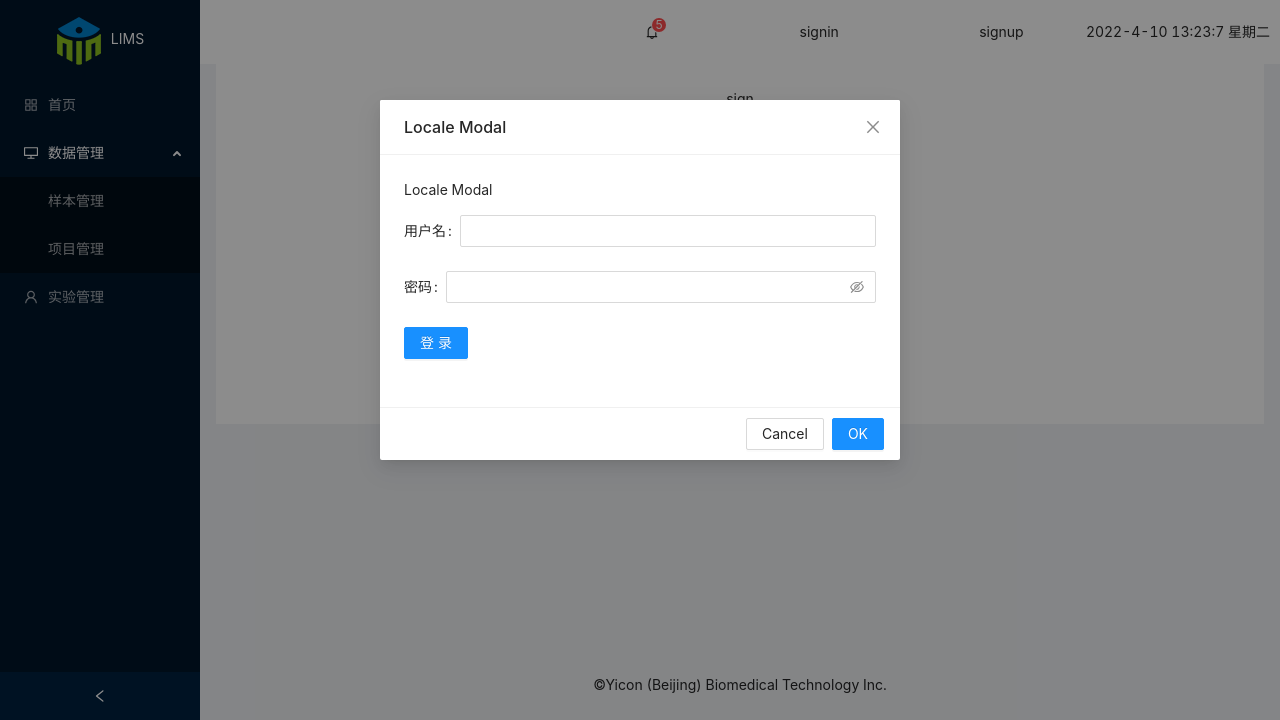
Repository: cornerdream/lims
Page: /signin
These files come from the project's save history. The page is drawn as it stood at one moment and after the next save; the edit follows.
The browser window is 1280 px wide. The pictures show the whole page.
The project was rebuilt for these pictures with package versions that can differ from the ones it lists, and the page was loaded fresh each time. Also part of the build but not shown: src/components/core/home.js, src/components/core/moreOrder.js, src/components/core/moreSample.js, src/components/core/moreReport.js, src/components/core/moreProject.js, src/components/core/moreResources.js, src/components/views/data.js, src/components/core/table.js and 3 more.

Above is the page before, as saved 2022-06-02 13:31:12.

### public/index.html
<!DOCTYPE html>
<html lang="en">
  <head>
    <meta charset="utf-8" />
    <link rel="icon" href="%PUBLIC_URL%/favicon.ico" />
    <meta name="viewport" content="width=device-width, initial-scale=1" />
    <meta name="theme-color" content="#000000" />
    <meta
      name="description"
      content="Web site created using create-react-app"
    />
    <link rel="apple-touch-icon" href="%PUBLIC_URL%/logo192.png" />
    <!--
      manifest.json provides metadata used when your web app is installed on a
      user's mobile device or desktop. See https://developers.google.com/web/fundamentals/web-app-manifest/
    -->
    <link rel="manifest" href="%PUBLIC_URL%/manifest.json" />
    <!--
      Notice the use of %PUBLIC_URL% in the tags above.
      It will be replaced with the URL of the `public` folder during the build.
      Only files inside the `public` folder can be referenced from the HTML.

      Unlike "/favicon.ico" or "favicon.ico", "%PUBLIC_URL%/favicon.ico" will
      work correctly both with client-side routing and a non-root public URL.
      Learn how to configure a non-root public URL by running `npm run build`.
    -->
    <!-- <link rel="stylesheet" href="https://cdnjs.cloudflare.com/ajax/libs/antd/4.20.2/antd.min.css" /> -->
    <title>React App</title>
  </head>
  <body>
    <noscript>You need to enable JavaScript to run this app.</noscript>
    <div id="root"></div>
    <!--
      This HTML file is a template.
      If you open it directly in the browser, you will see an empty page.

      You can add webfonts, meta tags, or analytics to this file.
      The build step will place the bundled scripts into the <body> tag.

      To begin the development, run `npm start` or `yarn start`.
      To create a production bundle, use `npm run build` or `yarn build`.
    -->
  </body>
</html>

### src/index.js
import React from 'react';
import ReactDOM from 'react-dom/client';


import App from './App';
import reportWebVitals from './reportWebVitals';

import 'antd/dist/antd.css';
import './index.css';

// import ReactDOM from "react-dom"
import {BrowserRouter} from 'react-router-dom'
import MyLayout from './components/core/layout';
import PathRoute from './router';
const root = ReactDOM.createRoot(document.getElementById('root'));
root.render(
  <React.StrictMode>
    <App />

    {/* <PathRoute /> */}
    {/* <Layout>
        <PathRoute />
      </Layout> */}
  </React.StrictMode>
);
// ReactDOM.render(
//   <MyLayout>
//     <PathRoute />
//   </MyLayout>,
//   document.getElementById('root')
// )
// If you want to start measuring performance in your app, pass a function
// to log results (for example: reportWebVitals(console.log))
// or send to an analytics endpoint. Learn more: https://bit.ly/CRA-vitals
// reportWebVitals();

### src/App.js
// import logo from './logo.svg';
import './App.css';
import MyLayout from './components/core/layout'
import PathRoute from './router';

import { Provider } from "react-redux";
import store from './store';

function App() {
  return (
    <Provider store={store}>
    <div className="App">
      {/* <header className="App-header">
        <img src={logo} className="App-logo" alt="logo" />
        <p>
          Edit <code>src/App.js</code> and save to reload.
        </p>
        <a
          className="App-link"
          href="https://reactjs.org"
          target="_blank"
          rel="noopener noreferrer"
        >
          Learn React
        </a>
      </header> */}
      {/* <MyLayout> */}
        <PathRoute />
      {/* </MyLayout> */}
    </div>
    </Provider>
  );
}

export default App;

### src/index.css
body {
  margin: 0;
  font-family: -apple-system, BlinkMacSystemFont, 'Segoe UI', 'Roboto', 'Oxygen',
    'Ubuntu', 'Cantarell', 'Fira Sans', 'Droid Sans', 'Helvetica Neue',
    sans-serif;
  -webkit-font-smoothing: antialiased;
  -moz-osx-font-smoothing: grayscale;
}

code {
  font-family: source-code-pro, Menlo, Monaco, Consolas, 'Courier New',
    monospace;
}

/*  */
.ant-layout-sider-children .logo {
  /* height: 32px; */
  margin: 16px;
  /* background: rgba(255, 255, 255, 0.3); */
  color: #fff;
  line-height: 32px;
}

.site-layout .site-layout-background {
  background: #fff;
}

### src/components/core/layout.js
import React , { Component,useState ,useEffect}from 'react';
import { Layout, Menu, Image} from 'antd';
import {AppstoreOutlined,DesktopOutlined,UserOutlined,} from '@ant-design/icons';

import {useNavigate} from 'react-router-dom'

import {withNavigation} from '../helper/wrap'
import MyHeader from './header';

import store from '../../store';
import { getMenu } from '../../api/menu';
const { Header, Content, Footer, Sider } = Layout;

function getItem(label, key, icon, children) {
  return {
    key,
    icon,
    children,
    label,
  };
}
// const token = localStorage.getItem('token')
// if(token){
//   const menu = getMenu()
//   console.log(menu)
// }
store.subscribe(async () => {
  console.log('state状态改变了，新状态如下')
  const state = store.getState()
  console.log(state)
  const menu = await getMenu()
  console.log(menu)


})
const items = [
  getItem('首页', '', <AppstoreOutlined />),
  getItem('数据管理', 'data', <DesktopOutlined />,[
    getItem('样本管理', 'sample'),
    getItem('项目管理', 'project'),
  ]),
  getItem('实验管理', 'experiment', <UserOutlined />),
];

// let location = useLocation()

// const MyLayout=(props)=>{
//     // console.log(props)
//     const navigate = useNavigate();
// 	// 页面跳转方法
// 	// console.log(navigate, 'props')

//     const [collapsed,setCollapsed] = useState(false)



//     const onCollapse = (collapsed) => {
//         console.log(collapsed);
//         setCollapsed(collapsed);
//     };




//     let onMenu=({ item, key, keyPath, domEvent })=>{
//         console.log(item,key,keyPath,domEvent)
//         navigate(`/${key}`, { replace: true })
//     }

//     return (
//         <Layout
//         hasSider
//         style={{
//           minHeight: '100vh',
//         }}
//       >
//         <Sider collapsible collapsed={collapsed} onCollapse={onCollapse}>
//             {collapsed?
//             <div className="logo">
//                 <Image

//                     src="./logo.png"
//                     fallback="data:[embedded picture, 3230 characters]"
//                 /></div>
//             :<div className="logo">
//                 <Image

//                     src="./logo.png"
//                     fallback="data:[embedded picture, 3230 characters]"
//                 />
//                 LIMS</div>}

//           <Menu theme="dark" defaultSelectedKeys={['']} mode="inline" items={items} onClick={onMenu}/>
//         </Sider>
//         <Layout className="site-layout">
//           <MyHeader></MyHeader>
//           <Content
//             style={{
//               margin: '0 16px',
//             }}
//           >

//             <div
//               style={{
//                 padding: 24,
//                 minHeight: 360,
//               }}
//             >
//               {props.children}
//             </div>
//           </Content>
//           <Footer
//             style={{
//               textAlign: 'center',
//             }}
//           >
//             ©Yicon (Beijing) Biomedical Technology Inc.
//           </Footer>
//         </Layout>
//       </Layout>
//     )
// }

class MyLayout extends Component {
//   constructor(props){
//     super(props)
//     this.state = {
//         collapsed: false,
//         username:''
//     };
//     this.onCollapse = this.onCollapse.bind(this)
//     this.onSignin = this.onSignin.bind(this)
//   }
  state = {
    collapsed: false,
    username:'',
    submenu:['data']
  };
  onCollapse = (collapsed) => {
    console.log(collapsed);
    this.setState({
      collapsed,
    });
  };


  onMenu=({ item, key, keyPath, domEvent })=>{
    console.log(item,key,keyPath,domEvent)
    console.log(this)
    // navigate(`/${key}`, { replace: true })
    this.props.navigate(`/${key}`, { replace: true })
  }

  onOpenChange=(submenu)=>{
    console.log(submenu)
    this.setState({submenu})
  }

  render() {
    const { collapsed,submenu } = this.state;

    return (
      <Layout
        style={{
          minHeight: '100vh',
        }}
      >
        <Sider collapsible collapsed={collapsed} onCollapse={this.onCollapse}>
            {collapsed?
            <div className="logo">
                <Image

                    src="./logo.png"
                    fallback="data:[embedded picture, 3230 characters]"
                /></div>
            :<div className="logo">
                <Image

                    src="./logo.png"
                    fallback="data:[embedded picture, 3230 characters]"
                />
                LIMS</div>}

          <Menu theme="dark" defaultSelectedKeys={[this.props.href.pathname.slice(1)]}  defaultOpenKeys={submenu} openKeys={submenu} mode="inline" items={items} onClick={this.onMenu} onOpenChange={this.onOpenChange}/>
        </Sider>
        <Layout className="site-layout">
            <MyHeader></MyHeader>
          {/* <Header
            className="site-layout-background"
            style={{
              padding: '0 10px',
            }}
          >
              <Row>
                  <Col flex={3}></Col>
                  <Col flex={1}>
                    <Badge size="small" count={5}>
                      <BellOutlined />
                    </Badge>
                  </Col>
                  <Col flex={1}>

                      {username?<p>欢迎您，{username}</p>:<Link to={{pathname:'/signin'}}><Button type='text' onClick={this.onSignin}>signin</Button></Link>}

                  </Col>
                  {username&&<Col flex={1}></Col>}
                  {now.getFullYear()+'-'+now.getMonth()+'-'+now.getDate()+' '+now.getHours()+':'+now.getMinutes()+':'+now.getSeconds()+' '+weeks[now.getDay()]}
              </Row>
          </Header> */}
          <Content
            style={{
              margin: '0 16px',
            }}
          >
            {/* <Breadcrumb
              style={{
                margin: '16px 0',
              }}
            >
              <Breadcrumb.Item>User</Breadcrumb.Item>
              <Breadcrumb.Item>Bill</Breadcrumb.Item>
            </Breadcrumb> */}
            <div
              className="site-layout-background"
              style={{
                padding: 24,
                minHeight: 360,
              }}
            >
              {/* <PathRoute /> */}
              {/* {this.props.children} */}
              {/* {withRouter (<PathRoute />)} */}
              {/* <Outlet/> */}
              {this.props.children}
            </div>
          </Content>
          <Footer
            style={{
              textAlign: 'center',
            }}
          >
            ©Yicon (Beijing) Biomedical Technology Inc.
          </Footer>
        </Layout>
      </Layout>
    );
  }
}
console.log(MyLayout)
export default withNavigation(MyLayout)

### src/router.js
import {HashRouter,BrowserRouter,Routes,Route } from 'react-router-dom'
import Home from './components/core/home'
import Signin from './components/core/signin'
import MoreOrder from './components/core/moreOrder'
import MoreSample from './components/core/moreSample'
import MoreReport from './components/core/moreReport'
import MoreProject from './components/core/moreProject'
import MoreResources from './components/core/moreResources'
import Data from './components/views/data'
import Sample from './components/views/sample'
import Project from './components/views/data'
import Experiment from './components/views/experiment'
import MyLayout from './components/core/layout'
import {WrapComps} from './components/helper/wrap'

const PathRoute=()=>{
    return (
        <BrowserRouter>
            {/* 拥有路由需要包裹在BrowserRouter里 */}
            <MyLayout>
            <Routes>
                {/* 将navigate传递，得到路由跳转 */}
                <Route path="/" element={<WrapComps el={Home} />} exact></Route>
                <Route path="/signin" element={<Signin/>}></Route>
                <Route path="/more/order" element={<WrapComps el={MoreOrder}/>}></Route>
                <Route path="/more/sample" element={<MoreSample/>}></Route>
                <Route path="/more/report" element={<MoreReport/>}></Route>
                <Route path="/more/project" element={<MoreProject/>}></Route>
                <Route path="/more/resources" element={<MoreResources/>}></Route>
                <Route path="/data" element={<Data/>}></Route>
                <Route path="/sample" element={<Sample/>}></Route>
                <Route path="/project" element={<Project/>}></Route>
                <Route path="/experiment" element={<Experiment/>}></Route>
            </Routes>
            </MyLayout>
        </BrowserRouter>
    )

}

export default PathRoute

### src/store/index.js
// import {configureStore} from '@reduxjs/toolkit'
import {applyMiddleware, legacy_createStore as createStore} from 'redux'

// import { authReducer } from './reducers/auth.reducers'
import createRootReducer from './reducers/index'
import {routerMiddleware} from 'connected-react-router'
import createSagaMiddleware from 'redux-saga'
import rootSaga from './sagas'
import { composeWithDevTools } from 'redux-devtools-extension'

import { createHashHistory } from 'history'

export const history = createHashHistory()
const sagaMiddleware = createSagaMiddleware()
const store = createStore(
    createRootReducer(history),
    composeWithDevTools(
        applyMiddleware(routerMiddleware(history),sagaMiddleware)
    )
)
sagaMiddleware.run(rootSaga)
export default store

### src/components/helper/wrap.js
import { useNavigate, useParams,useLocation} from "react-router-dom";

const WrapComps = (props)=> {
  let navigate = useNavigate();
  let params = useParams();
  let Element = props.el
  return <Element href={useLocation()} params={params} navigate={navigate} {...props} />
}

const withNavigation = (Component) => {

    return (props) => <Component {...props} navigate={useNavigate()} params={useParams()} href={useLocation()}/>;
};

export {
    WrapComps,
    withNavigation
}

### src/api/menu.js
import Axios from '../util/axios'
export const getMenu = ()=>{
    return Axios({
        method:'get',
        url:'/api/menu'
    })
}

### src/components/core/signin.js
import { Button, Form, Input, Result ,Modal} from "antd"
import React , { Component,useState ,useEffect}from 'react';

import { useNavigate } from "react-router-dom";
import {withNavigation} from '../helper/wrap'

import { signin } from "../../store/actions/auth.actions"
import { useDispatch, useSelector } from "react-redux"
// import { isAuth } from "../../helpers/auth"
// import { Redirect } from "react-router-dom"
import {login} from '../../api/user'


const Signin = () => {
  const [visible,setVisible] = useState(true)
  const navigate=useNavigate()
  // 获取 dispatch
  const dispatch = useDispatch()
  // 登录表单提交
  const onFinish = (value) => {
    console.log(value)
    // 发送登录请求
    // dispatch(signin(value))
    const res = dispatch(signin(value))
    console.log(res)
    console.log(window.location.href)
    // setVisible({ visible: false });
    redirectToDashboard()
    // login(value).then((res)=>{
    //   console.log(res)

    // })

  }
  // 1. 获取登录结果
  const auth = useSelector(state => {
    console.log(state)
    return state.auth
  })
  console.log(auth)
  // 2. 登录失败 显示错误信息
  const showError = () => {

  }
  // 3. 登录成功 根据角色跳转到对应的管理页面
  const redirectToDashboard = () => {
    setVisible({ visible: false });
    //   console.log(this.props)
    navigate('/')
  }


  const hideModal=()=>{
    setVisible({ visible: false });
    navigate('/')
  }
  const signinForm = () => (
    <Modal title="Locale Modal" visible={visible} onCancel={hideModal}>
      <p>Locale Modal</p>

      <Form onFinish={onFinish}>
        <Form.Item name="name" label="用户名">
          <Input />
        </Form.Item>
        <Form.Item name="password" label="密码">
          <Input.Password />
        </Form.Item>
        <Form.Item>
          <Button type="primary" htmlType="submit">
            登录
          </Button>
        </Form.Item>
      </Form>
    </Modal>
  )
  // 4. 处理导航链接 已登录 隐藏 [登录, 注册] 显示 [dashboard]
  return (
    <>
    sign
    {/* {redirectToDashboard()} */}
    {signinForm()}
    </>
  )
}

export default Signin

### src/store/reducers/index.js
import {authReducer} from './auth.reducers'
import { combineReducers } from "redux"

const createRootReducer = () =>
  combineReducers({
    auth: authReducer
  })
export default createRootReducer

### src/store/sagas/index.js
import {all} from "redux-saga/effects"
import authSaga from "./auth.sagas"
export default function* rootSaga(){
    yield all([authSaga()])
}

### src/store/actions/auth.actions.js

import {login} from '../../api/user'
/**
 * 注册
 */
 export const SIGNUP = "SIGNUP"
 export const SIGNUP_SUCCESS = "SIGNUP_SUCCESS"
 export const SIGNUP_FAIL = "SIGNUP_FAIL"
 export const RESET_SIGNUP = "RESET_SIGNUP"

 export const signup = (data) => ({
    type: SIGNUP,
    data
  })

  export const signupSuccess = () => ({
    type: SIGNUP_SUCCESS
  })

  export const signupFail = (message) => ({
    type: SIGNUP_FAIL,
    message
  })

  export const resetSignup = () => ({
    type: RESET_SIGNUP
  })
/**
 * 登录
 */

 export const SIGNIN = "SIGNIN"
 export const SIGNOUT = "SIGNOUT"
 export const SIGNIN_SUCCESS = "SIGNIN_SUCCESS"
 export const SIGNIN_FAIL = "SIGNIN_FAIL"


export const signin = (data) => ({
  type: SIGNIN,
  data
})
export const signout = (data) => ({
  type: SIGNOUT,
  data
})
//  export const signin = (payload) => login({
//    type: SIGNIN,
//    payload
//  })
// export const signin = (payload) => login(payload).then(res=>{
//   console.log(res)
//   localStorage.setItem('name',res.name)
//   localStorage.setItem('token',res.token)
//   return res
// })

 export const signinSuccess = (data) => ({
   type: SIGNIN_SUCCESS,
   data
 })

 export const signinFail = (message) => ({
   type: SIGNIN_FAIL,
   message
 })

### src/util/axios.js
import Axios from 'axios'
import {message} from 'antd'


// Axios.defaults.baseURL = import.meta.env.VITE_APP_BASEAPI
// Axios.defaults.baseURL = process.env.VITE_APP_BASEAPI
Axios.defaults.baseURL = 'http://192.168.1.203:8888'
// const redirectLogin = function redirectLogin(){
//     this.props.navigate(`/signin`, { replace: true })
// }
// Axios.defaults.timeout = 50000

Axios.defaults.withCredentials = true

let noTokenUrl = [
    '/'
]

let exportUrl = '/export'
let uploadUrl = '/upload'

let statusCode = {
    400:'请求参数错误',
    401:'权限不足，请重新登录',
    403:'服务器拒绝本次访问',
    404:'请求资源未找到',
    500:'服务器内部错误',
    501:'服务器不支持该请求中使用的方法',
    502:'网关错误',
    504:'网关超时'
}

Axios.interceptors.request.use(config=>{
    console.log(config)
    // config.headers.Authorization = localStorage.getItem('token') || ''
    if(noTokenUrl.indexOf(config.url)<0){
        console.log('111')
        let token = localStorage.getItem("token")
        // token && (config.headers.Authorization = token)
        token && (config.headers.Authorization = 'Bearer '+token)
    }else{
        config.headers.Authorization = ''
    }
    if(config.url.includes(exportUrl)){
        config.headers['responseType'] = 'blob'
    }
    if(config.url.includes(uploadUrl)){
        config.headers['Content-Type'] = 'multipart/form-data'
    }
    console.log(config)
    return config
},error=>{
    return Promise.reject(error)
})

Axios.defaults.validateStatus = status =>{
    return /^(2|3)\d{2}$/.test(status)
}

Axios.interceptors.response.use(response=>{
    console.log(response)
    // return response
    if(response.statusText == 'OK'){
        return Promise.resolve(response.data)
    }else{
        message.error('响应超时')
        return Promise.reject(response.data.message)
    }
},async error=>{
    console.log(error)
    const {response} = error
    if(response){
        const {status} = response
        let tips = status in statusCode ? statusCode[status] : error.message
        message.error(tips)
        if(status==401){
            this.props.navigate('/signin')
        }
        return Promise.reject(error)
    }else{
        message.error('请求超时，请刷新重试')
        return Promise.reject('请求超时，请刷新重试')
    }
})

export default Axios

### src/api/user.js
import Axios  from "../util/axios";

export const login = (data)=>{
    console.log(data)
    const param = {
        user:data
    }
    return Axios({
        method:'post',
        url:'/api/users/login',
        data:param
    })
}

export const register = (data)=>{
    console.log(data)
    return Axios({
        method:'post',
        url:'/api/users',
        data
    })
}

export const getUser = (data)=>{
    console.log(data)
    return Axios({
        method:'get',
        url:'/api/user',
        data
    })
}

export const updateUser = (data)=>{
    console.log(data)
    return Axios({
        method:'put',
        url:'/api/user',
        data
    })
}

### src/store/reducers/auth.reducers.js
import {
    RESET_SIGNUP,
    SIGNIN,
    SIGNIN_SUCCESS,
    SIGNIN_FAIL
  } from "../actions/auth.actions"

  import {
    SIGNUP,
    SIGNUP_SUCCESS,
    SIGNUP_FAIL
  } from "../actions/auth.actions"





  export const authReducer=(state={
    token:localStorage.getItem('token')||'',
    name:localStorage.getItem('name')||''
  },action)=> {
    console.log(state,action)
    return {
      ...state,
      ...action.data
    }
  }

### src/store/sagas/auth.sagas.js
import {put,takeEvery} from 'redux-saga/effects'
import { SIGNUP,signupSuccess,signupFail } from '../actions/auth.actions'
import Axios from 'axios'
import {login} from '../../api/user'
import baseUrl from '../../util/baseUrl'
import {SIGNIN,SIGNOUT,signinSuccess,signinFail} from '../actions/auth.actions'

function* handleSignup(action){
    try{
        yield login(action.payload)
        yield put(signupSuccess())
    }catch(error){
        yield put(signupFail(error.response.data.error))
    }
}

function* handleSignin(action){
    console.log(action)
    try{
        let res = yield login(action.data)
        console.log(res)
        localStorage.setItem('token',res.token)
        localStorage.setItem('name',res.name)
        yield put(signinSuccess())
    }catch(error){
        yield put(signinFail(error.response.data.error))
    }
}
function* handleSignout(action){
    console.log(action)
    try{
        // let res = yield login(action.data)
        // console.log(res)
        // localStorage.setItem('token','')
        // localStorage.setItem('name','')
        localStorage.clear()
        // yield put(signinSuccess())
    }catch(error){
        yield put(signinFail(error.response.data.error))
    }
}
export default function* authSaga(){
    // yield takeEvery(SIGNUP,handleSignup)
    yield takeEvery(SIGNIN,handleSignin)
    yield takeEvery(SIGNOUT,handleSignout)
}

### src/util/baseUrl.js
let baseUrl = ""
if(process.env.NODE_ENV == 'development') {
    baseUrl = "http://192.168.1.203:3000"  //开发环境url
}else if(process.env.NODE_ENV == 'production') {
    baseUrl = "http://192.168.1.55:8001"   //生产环境url
}

export default baseUrl;

Loaded but not shown: src/reportWebVitals.js (common file); src/App.css (common file); src/components/core/header.js (156 lines, source omitted)

After the next save:
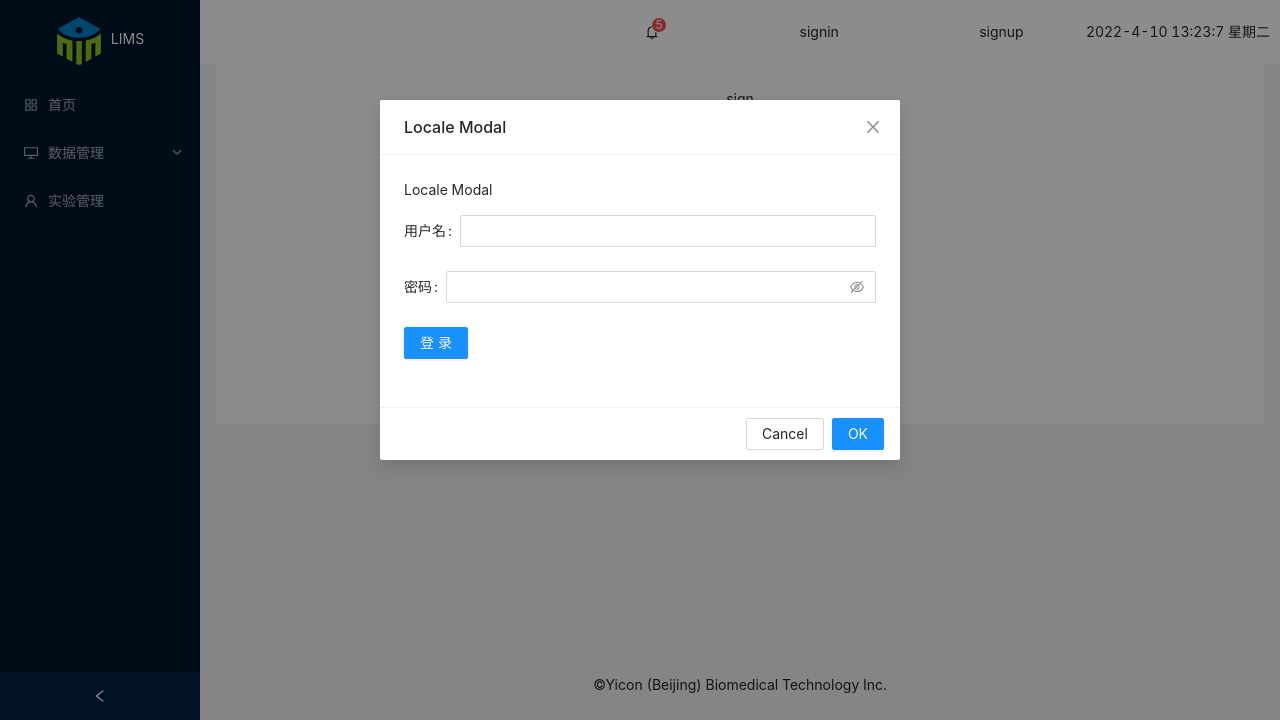
Saved 8 min 45 s later.
--- a/src/components/core/layout.js
+++ b/src/components/core/layout.js
@@ -122,20 +122,29 @@ const items = [
 // }
 
 class MyLayout extends Component {
-//   constructor(props){
-//     super(props)
-//     this.state = {
-//         collapsed: false,
-//         username:''
-//     };
-//     this.onCollapse = this.onCollapse.bind(this)
-//     this.onSignin = this.onSignin.bind(this)
-//   }
-  state = {
-    collapsed: false,
-    username:'',
-    submenu:['data']
-  };
+  constructor(props){
+    super(props)
+    this.state = {
+        collapsed: false,
+        username:'',
+        items:[]
+    };
+    // this.onCollapse = this.onCollapse.bind(this)
+    // this.onSignin = this.onSignin.bind(this)
+  }
+  // state = {
+  //   collapsed: false,
+  //   username:'',
+  //   submenu:['data']
+  // };
+  componentWillReceiveProps(newProps){
+    console.log(newProps)
+    const {items} = this.props
+    console.log(items)
+  }
+  componentDidUpdate(prevProps,prevState){
+    console.log(prevProps,prevState)
+  }
   onCollapse = (collapsed) => {
     console.log(collapsed);
     this.setState({
